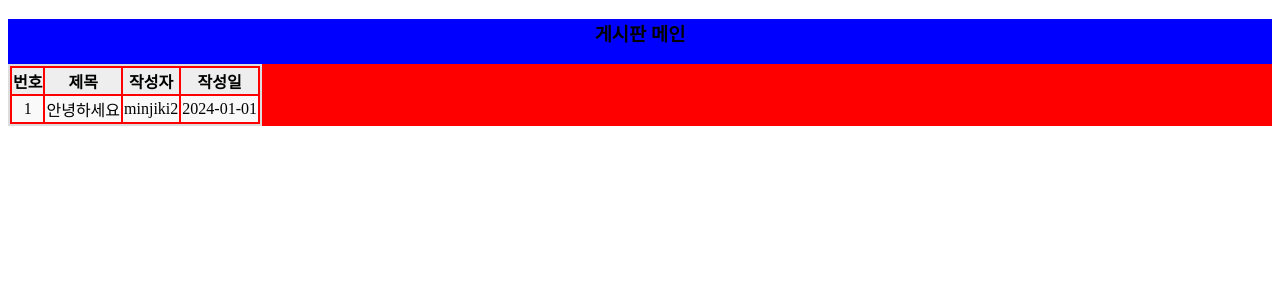
Repository: minjikimkim2222/BBS
Page: http://localhost/BBS/bbs.jsp
An editor plug-in stored every save of this project. The page is shown before and after the next save, followed by the edit.
The browser window is 1280 px wide. The pictures show the whole page.
The page is served by Tomcat 9. Other server files are loaded and not shown.

Above is the page before, as saved 2024-01-01 13:44:36.

### BBS/src/main/webapp/bbs.jsp
<%@ page language="java" contentType="text/html; charset=UTF-8"
    pageEncoding="UTF-8"%>
<!DOCTYPE html>
<html>
<head>

	<meta HTTP-EQUIV="content-type" CONTENT="text/html; CHARSET=UTF-8" charset = "UTF-8"> <!--  클라이언트 문자 인코딩 방식  -->
	<meta name="viewport" content="width=device-width, initial-scale=1.0">
	<link rel = "stylesheet" href = "css/bootstrap.css">

	<style>
		.container-fluid {
		background-color : red;


		}

		.container {
			background-color : blue;
		}
	</style>
	<title>bbs 게시판 화면</title>
</head>
<body>

<!-- 게시판 메인 페이지 영역 시작  -->

	<div class = "container">
		<div class = "row">
			<h3 style = "text-align : center;">게시판 메인</h3>

			<div class = "container-fluid">
				<table class = "table table-striped" style = "text-align : center; border : 2px solid #dddddd">
					<thead>
						<tr>
							<th style = "background-color : #eeeeee" >번호</th>
							<th style = "background-color : #eeeeee">제목</th>
							<th style = "background-color : #eeeeee">작성자</th>
							<th style = "background-color : #eeeeee">작성일</th>
						</tr>
					</thead>
					<tbody>
						<tr>
							<td>1</td>
							<td>안녕하세요</td>
							<td>minjiki2</td>
							<td>2024-01-01</td>
						</tr>
					</tbody>
				</table>

			<!-- 글쓰기 버튼 생성, 버튼 누르면 write.jsp 페이지로 이동할 것 -->
			</div>
		</div>
	</div>
</body>
</html>

### BBS/src/main/webapp/css/bootstrap.css
@charset "UTF-8";

.form-group {
  margin-bottom: 20px;
}

.form-control {
  display: block;
  width: 100%;
  height: 40px;
  padding: 10px 15px;
  font-size: 14px;
  line-height: 1.42857143;
  color: #555;
  background-color: #fff;
  background-image: none;
  border: 1px solid #ccc;
  border-radius: 4px;
  -webkit-box-shadow: inset 0 1px 1px rgba(0, 0, 0, .075);
          box-shadow: inset 0 1px 1px rgba(0, 0, 0, .075);
  -webkit-transition: border-color ease-in-out .15s, -webkit-box-shadow ease-in-out .15s;
       -o-transition: border-color ease-in-out .15s, box-shadow ease-in-out .15s;
          transition: border-color ease-in-out .15s, box-shadow ease-in-out .15s;
  box-sizing: border-box; /* 추가된 부분 */
}

.container {
  padding-right: 15px;
  padding-left: 15px;
  margin-right: auto;
  margin-left: auto;

}

.jumbotron {
  padding-top: 30px;
  padding-bottom: 30px;
  margin-bottom: 30px;
  color: inherit;
  background-color: #eee;
  box-sizing: border-box; /* 추가된 부분 */
}

.col-lg-4 {
  width: 33.33333333%;
}


.col-lg-5 {
    width: 41.66666667%;
}


/* 게시판 기능 추가 이후 */

table {
  background-color: transparent;
}

.table-striped > tbody > tr:nth-of-type(odd) {
  background-color: #f9f9f9;
}

.col-lg-8 {
  width: 66.66666667%;
}

 .row {
  margin-right: -15px;
  margin-left: -15px;
}

After the next save:
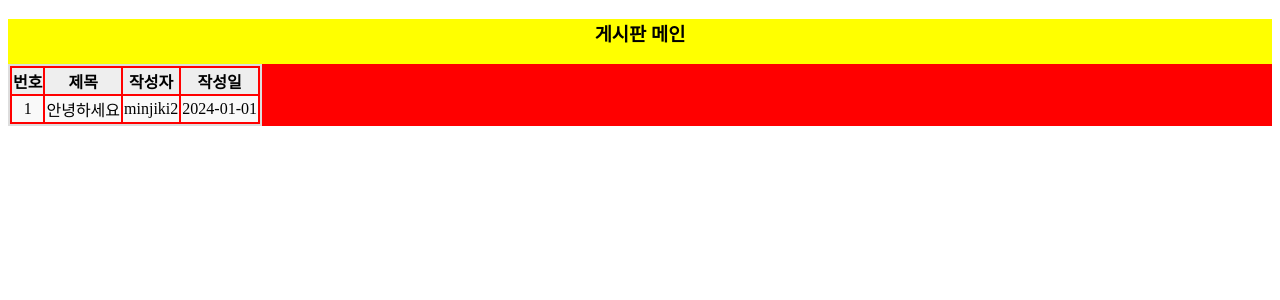
Saved 2 min 21 s later.
--- a/BBS/src/main/webapp/bbs.jsp
+++ b/BBS/src/main/webapp/bbs.jsp
@@ -17,6 +17,10 @@
 
 		.container {
 			background-color : blue;
+		}
+
+		.row {
+			background-color : yellow;
 		}
 	</style>
 	<title>bbs 게시판 화면</title>
